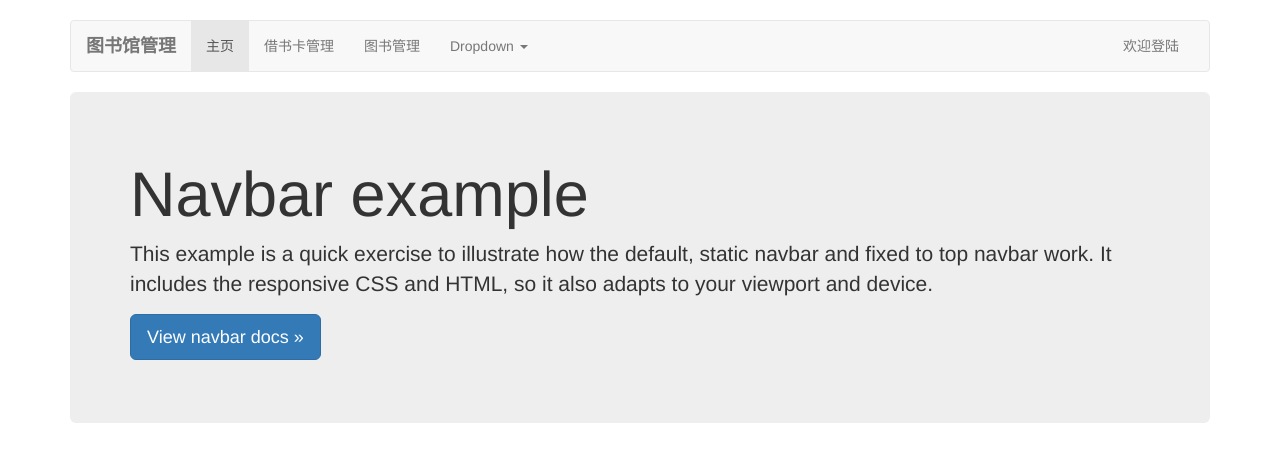
Repository: chaice/code
Page: http://localhost/web6/home
An editor plug-in stored every save of this project. The page is shown before and after the next save, followed by the edit.
The browser window is 1280 px wide. The pictures show the whole page.
Some web libraries are served in a nearby version. The page is served by Tomcat 9. The session is filled in as if someone had signed in: {"username": "testuser"}.

Above is the page before, as saved 2016-06-01 10:00:23.

After the next save:
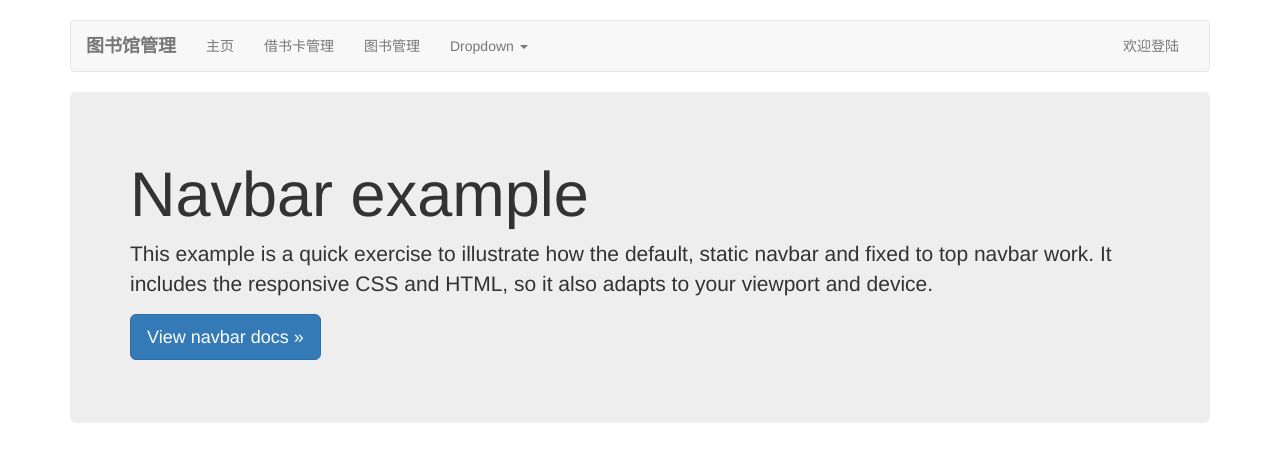
Saved 53 s later.
--- a/web6/WebContent/WEB-INF/views/head.jsp
+++ b/web6/WebContent/WEB-INF/views/head.jsp
@@ -28,7 +28,7 @@ body {
 				</div>
 				<div id="navbar" class="navbar-collapse collapse">
 					<ul class="nav navbar-nav">
-						<li class="active"><a href="/home">主页</a></li>
+						<li><a href="/home">主页</a></li>
 						<li><a href="/card_list">借书卡管理</a></li>
 						<li><a href="/book_list">图书管理</a></li>
 						<li class="dropdown"><a href="#" class="dropdown-toggle"
